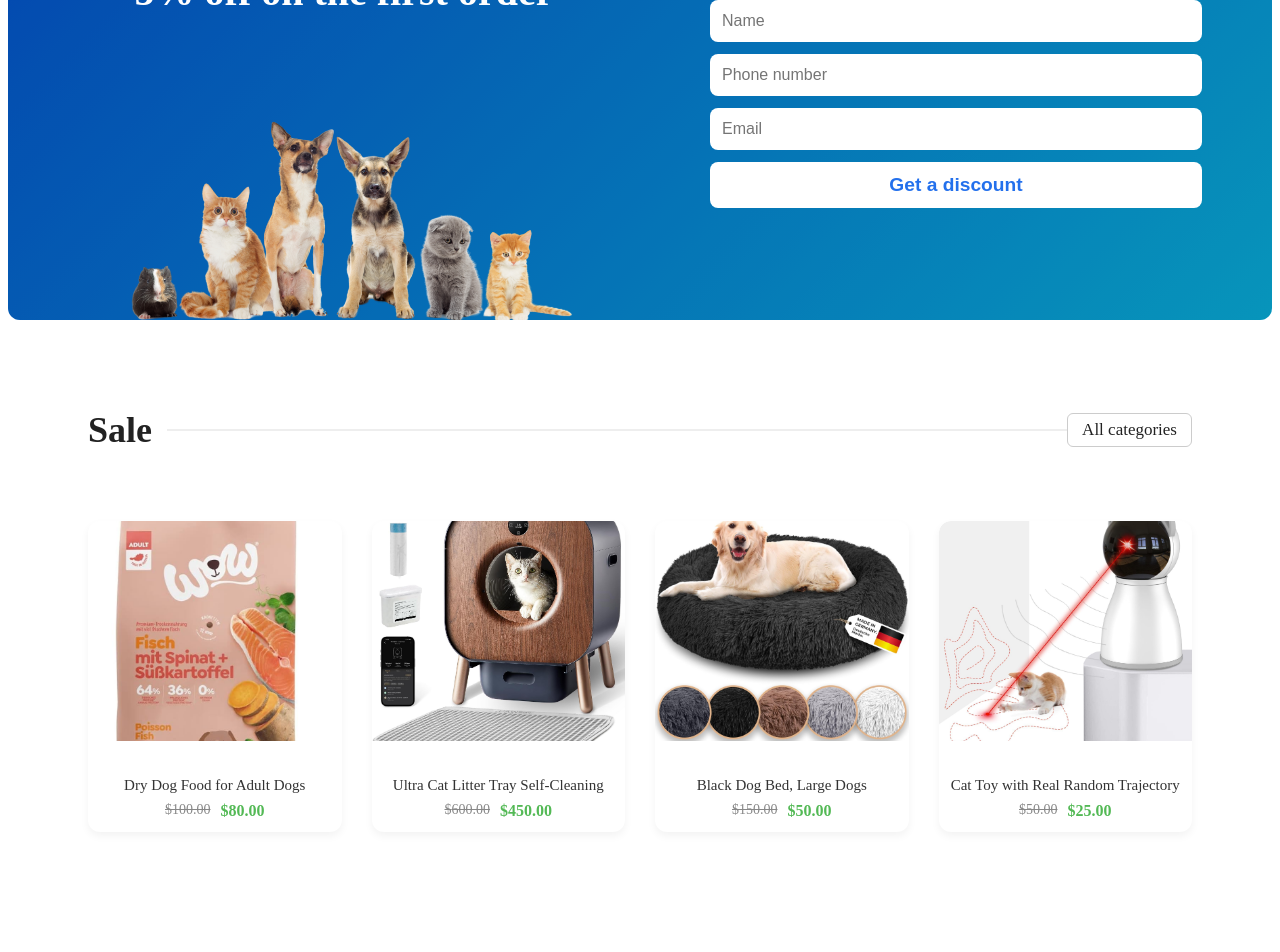
Repository: JuliiaJuliia/pet-shop-frontend
Page: / (app in pet-shop-frontend/)
These files come from the project's save history. The page is drawn as it stood at one moment and after a run of saves; the edit follows.
The browser window is 1280 px wide. The pictures show the part of the page from y = 1259 to 2211 px (the page is 2211 px tall).
The project was rebuilt for these pictures with package versions that can differ from the ones it lists, and the page was loaded fresh each time. Also part of the build but not shown: pet-shop-frontend/vite.config.js, pet-shop-frontend/src/pages/CheckoutPage.jsx, pet-shop-frontend/src/api/axios.js, pet-shop-frontend/src/components/ProductList.jsx.

Above is the page before, as saved 2025-11-06 20:40:10.

### pet-shop-frontend/index.html
<!doctype html>
<html lang="en">
  <head>
    <meta charset="UTF-8" />
    <link rel="icon" type="image/svg+xml" href="/vite.svg" />
    <meta name="viewport" content="width=device-width, initial-scale=1.0" />
    <title>pet-shop-frontend</title>
  </head>
  <body>
    <div id="root"></div>
    <script type="module" src="/src/main.jsx"></script>
  </body>
</html>

### pet-shop-frontend/src/main.jsx
import HomePage from "./pages/HomePage";
import CheckoutPage from "./pages/CheckoutPage";
import React from "react";
import ReactDOM from "react-dom/client";
import { BrowserRouter, Routes, Route } from "react-router-dom";
import Header from "./components/Header/Header.jsx";
import ProductList from "./components/ProductList";

function Categories() {
  return <h2 style={{ textAlign: "center" }}>Categories Page</h2>;
}

function Sales() {
  return <h2 style={{ textAlign: "center" }}>Sales Page</h2>;
}

function Cart() {
  return <h2 style={{ textAlign: "center" }}>Your Cart is empty</h2>;
}

ReactDOM.createRoot(document.getElementById("root")).render(
  <BrowserRouter>
    <Header />
    <Routes>
      <Route path="/" element={<HomePage />} />
      <Route path="/categories" element={<Categories />} />
      <Route path="/products" element={<ProductList />} />
      <Route path="/sales" element={<Sales />} />
      <Route path="/cart" element={<Cart />} />
    </Routes>
  </BrowserRouter>
);

### pet-shop-frontend/src/pages/HomePage.jsx
import React from "react";
import MainBanner from "../components/MainBanner";
import Categories from "../components/Categories";
import DiscountBanner from "../components/DiscountBanner";
import SaleSection from "../components/SaleSection/SaleSection";

const HomePage = () => {
  return (
    <div>
      <MainBanner />
      <Categories />
      <DiscountBanner />
      <SaleSection />
    </div>
  );
};

export default HomePage;

### pet-shop-frontend/src/components/Header/Header.jsx
import React from "react";
import { Link } from "react-router-dom";
import "./Header.css";

const Header = () => {
  return (
    <header className="header">
      <div className="header__logo">
        <Link to="/">PetShop 🐾</Link>
      </div>
      <nav className="header__nav">
        <Link to="/">Main Page</Link>
        <Link to="/categories">Categories</Link>
        <Link to="/products">All products</Link>
        <Link to="/sales">All sales</Link>
      </nav>
      <div className="header__cart">
        <Link to="/cart">
        <img src="/icon.svg" alt="Cart" className="header__cart-icon" />
        </Link>
</div>
    </header>
  );
};

export default Header;

### pet-shop-frontend/src/components/MainBanner.jsx
import React from "react";
import { Link } from "react-router-dom";
import "./MainBanner.css";

const MainBanner = () => {
  return (
    <section className="main-banner">
      <div className="main-banner__overlay">
        <div className="main-banner__content">
        <h1>Amazing Discounts <br /> on Pets Products!</h1>
        <Link to="/checkout" className="banner-btn">Check out</Link>
        </div>
      </div>
    </section>
  );
};

export default MainBanner;

### pet-shop-frontend/src/components/Categories.jsx
import React from "react";
import { Link } from "react-router-dom";
import "./Categories.css";

const categories = [
  { id: 1, name: "Dry & Wet Food", image: "/Dog.jpg" },
  { id: 2, name: "Litter Boxes & Litter Trays", image: "/Cat.jpg" },
  { id: 3, name: "Baskets & Beds", image: "/Dogs.jpg" },
  { id: 4, name: "Toys", image: "/Dog and Fish.jpg" },
];

const Categories = () => {
  return (
    <section className="categories">
      <div className="categories__header">
        <h2>Categories</h2>
        <div className="categories__line"></div>

        <Link to="/products" className="all-categories-btn">
          All categories
        </Link>
      </div>

      <div className="categories__grid">
        {categories.map((category) => (
          <div key={category.id} className="category-card">
            <img src={category.image} alt={category.name} />
            <div className="category-card__overlay">
              <p>{category.name}</p>
            </div>
          </div>
        ))}
      </div>
    </section>
  );
};

export default Categories;

### pet-shop-frontend/src/components/DiscountBanner.jsx
import { useState } from "react";
import "./DiscountBanner.css";

export default function DiscountBanner() {
  const [form, setForm] = useState({ name: "", phone: "", email: "" });
  const [sent, setSent] = useState(false);

  const handleChange = (e) => {
    setForm({ ...form, [e.target.name]: e.target.value });
    setError("");
  };

  const handleSubmit = (e) => {
    e.preventDefault();

    if (!form.name || !form.phone || !form.email) {
      setError("Fill in this field");
      return;
    }

    setSent(true);
  };
  return (
    <section className="discount-banner">
      <div className="discount-banner__overlay">
        <div className="discount-banner__container">

          {/* Ліва частина: заголовок + картинка */}
          <div className="discount-banner__left">
            <h2>5% off on the first order</h2>
            <img src="/Pets.jpg" alt="Pets" />
          </div>

          {/* Права частина: форма */}
          <div className="discount-banner__right">
            {!sent ? (
              <form onSubmit={handleSubmit}>
                <input
                  type="text"
                  name="name"
                  placeholder="Name"
                  value={form.name}
                  onChange={handleChange}
                  required
                />
                <input
                  type="tel"
                  name="phone"
                  placeholder="Phone number"
                  value={form.phone}
                  onChange={handleChange}
                  required
                />
                <input
                  type="email"
                  name="email"
                  placeholder="Email"
                  value={form.email}
                  onChange={handleChange}
                  required
                />
                <button type="submit">Get a discount</button>
              </form>
            ) : (
              <p className="discount-banner__success">
                ✅ Thank you! We'll contact you soon!
              </p>
            )}
          </div>

        </div>
      </div>
    </section>
  );
}

### pet-shop-frontend/src/components/SaleSection/SaleSection.jsx
import React from "react";
import "./SaleSection.css";
import { Link } from "react-router-dom";

const saleSection = [
  {
    id: 1,
    name: "Dry Dog Food for Adult Dogs",
    image: "/Dry Dog.jpg",
    oldPrice: 100,
    newPrice: 80,
    discount: "-50%",
  },
  {
    id: 2,
    name: "Ultra Cat Litter Tray Self-Cleaning",
    image: "/Cat Litter.jpg",
    oldPrice: 600,
    newPrice: 450,
    discount: "-34%",
  },
  {
    id: 3,
    name: "Black Dog Bed, Large Dogs",
    image: "/Dog Bed.jpg",
    oldPrice: 150,
    newPrice: 50,
    discount: "-25%",
  },
  {
    id: 4,
    name: "Cat Toy with Real Random Trajectory",
    image: "/Cat Toy.jpg",
    oldPrice: 50,
    newPrice: 25,
    discount: "-17%",
  },
];

const SaleSection = () => {
  return (
    <section className="sale-section">
      {/* 🔹 Верхній заголовок + кнопка справа */}
      <div className="sale-section__header">
        <h2>Sale</h2>
        <div className="sale-section__line"></div>
        <Link to="/categories" className="sale-section__all-btn">
          All categories
        </Link>
      </div>

      {/* 🔹 Сітка товарів */}
      <div className="sale-section__grid">
        {saleSection.map((item) => (
          <div key={item.id} className="sale-card">
            <div className="sale-card__image-container">
              <img src={item.image} alt={item.name} className="sale-card__image" />
              <span className="sale-card__discount">{item.discount}</span>
            </div>
            <div className="sale-card__details">
              <h4 className="sale-card__name">{item.name}</h4>
              <div className="sale-card__prices">
                <span className="sale-card__old">${item.oldPrice.toFixed(2)}</span>
                <span className="sale-card__new">${item.newPrice.toFixed(2)}</span>
              </div>
            </div>
          </div>
        ))}
      </div>
    </section>
  );
};

export default SaleSection;

### pet-shop-frontend/src/components/Header/Header.css
.header {
    display: flex;
    align-items: center;
    justify-content: space-between;
    padding: 20px 60px;
    background-color: #fff;
    box-shadow: 0 2px 5px rgba(0, 0, 0, 0.05);
    position: sticky;
    top: 0;
    z-index: 10;
  }

  .header__logo a {
    font-size: 40px;
    font-weight: 400;
    color: #3d3c3c;
    text-decoration: none;
    display: flex;
    align-items: center;
    gap: 10px;
  }

  .header__nav {
    display: flex;
    gap: 30px;
  }

  .header__nav a {
    font-size: 20px;
    text-decoration: none;
    color: #38383a;
    font-weight: 550;
    transition: 0.3s;
    cursor: url("data:[embedded picture, 129 characters]"), auto;
  }

  .header__nav a:hover {
    color: #24973bf3;
  }

  .cart-icon {
    font-size: 20px;
    text-decoration: none;
  }

  .header__cart-icon {
    width: 30px;
    height: 30px;
    object-fit: contain;
    transition: transform 0.3s ease;
    cursor: url("data:[embedded picture, 129 characters]"), auto;
  }

  .header__cart-icon:hover {
    transform: rotate(10deg) scale(1.15);
  }

### pet-shop-frontend/src/components/MainBanner.css
.main-banner {
  position: relative;
  width: 100%;
  height: 500px;
  background: url("/banner-dog.jpg") center/cover no-repeat;
  display: flex;
  align-items: center;
  justify-content: center;
  border-radius: 10px;
  overflow: hidden;
  margin-bottom: 60px;
}

/* Полупрозрачный шар поверх картинки */
.main-banner__overlay {
  background: rgba(0, 0, 0, 0.35);
  width: 100%;
  height: 100%;
  display: flex;
  align-items: center;
  justify-content: center;
}

/* Текст и кнопка */
.main-banner__content {
  text-align: left;
  color: #fff;
  max-width: 800px;
  padding: 0 40px;
  line-height: 1.1;
  white-space: normal;
  word-break: break-word;
}

.main-banner__content h1 {
  font-size: 54px;
  font-weight: 700;
  line-height: 1.2;
  margin-bottom: 40px;
}


.main-banner__button {
  background-color: #53b955df;
  color: rgb(255, 255, 255);
  border: none;
  border-radius: 6px;
  font-size: 18px;
  padding: 14px 30px;
  cursor: pointer;
  transition: all 0.3s ease;
  cursor: url("data:[embedded picture, 129 characters]"), auto;
}

.main-banner__button:hover {
  background-color: #24973b91;
  ;
  transform: scale(1.05);
}

.banner-btn {
  display: inline-block;
  background-color: #53b955df;
  color: white;
  border: none;
  border-radius: 6px;
  font-size: 18px;
  padding: 14px 30px;
  text-decoration: none;
  text-align: center;
  cursor: pointer;
  transition: all 0.3s ease;
}

.banner-btn:hover {
  background-color: #24973b91;
  transform: scale(1.05);
}

### pet-shop-frontend/src/components/Categories.css
.categories {
    padding: 0px 80px 60px;
    background-color: #fff;
  }

  .categories__title {
    font-size: 36px;
    font-weight: 600;
    margin-bottom: 30px;
    color: #222;
  }

  .categories__grid {
    display: grid;
    grid-template-columns: repeat(auto-fit, minmax(220px, 1fr));
    gap: 30px;
    justify-items: center;
  }

  .category-card {
    position: relative;
    width: 100%;
    max-width: 260px;
    border-radius: 12px;
    overflow: hidden;
    cursor: url("data:[embedded picture, 129 characters]"), auto;
    transition: transform 0.3s ease;
  }

  .category-card img {
    width: 100%;
    height: 260px;
    object-fit: cover;
    border-radius: 12px;
  }

  .category-card__overlay {
    position: absolute;
    display: flex;
    justify-content: center;
    align-items: center;
    text-align: center;
    bottom: 0;
    left: 0;
    right: 0;
    background: rgba(0, 0, 0, 0.5);
    color: #fff;
    font-size: 20px;
    font-weight: 500;
    padding-top: 10px;
    transition: background 0.3s ease;
  }

  .category-card:hover {
    transform: scale(1.05);
  }

  .category-card:hover .category-card__overlay {
    background: rgba(0, 0, 0, 0.7);
  }

  .categories__header {
    display: flex;
    align-items: center;
    justify-content: space-between;
    position: relative;
    margin-bottom: 30px;
  }

  .categories__header h2 {
    font-size: 35px;
    font-weight: 700;
    color: #222;
    letter-spacing: 1.5px;
    background-color: #fff;
    padding-right: 15px;
    z-index: 1;
  }

  .categories__line {
    position: absolute;
    left: 0;
    right: 0;
    height: 1px;
    background-color: #ddd;
    top: 50%;
    transform: translateY(-50%);
    z-index: 0;
  }

  .all-categories-btn {
    display: inline-flex;
    align-items: center;
    justify-content: center;
    background-color: #fff;
    border: 1px solid #ccc;
    border-radius: 6px;
    padding: 6px 14px;
    font-size: 17px;
    font-weight: 500;
    color: #333;
    text-decoration: none;
    outline: none;
    cursor: pointer;
    z-index: 1;
    transition: all 0.3s ease;
  }

  .all-categories-btn:hover {
    background-color: #53b955cd;
    color: #fff;
    border-color: #24973b91;
    transform: scale(1.05);
    cursor: url("/paw-cursor.png"), auto;
    cursor: url("data:[embedded picture, 129 characters]"), auto;
  }

### pet-shop-frontend/src/components/DiscountBanner.css
.discount-banner {
    width: 100%;
    background: linear-gradient(135deg, #045de9, #09c6f9);
    border-radius: 12px;
    overflow: hidden;
    margin: 40px 0;
  }

  .discount-banner__overlay {
    background: rgba(0,0,0,0.25);
    padding: 40px 20px;
  }

  .discount-banner__container {
    display: flex;
    flex-direction: column;
    align-items: center;
    text-align: center;
  }


  .discount-banner__left {
    flex: 1;
    text-align: center;
    display: flex;
    flex-direction: column;
    justify-content: space-between;
    align-items: center;
    height: 100%;
    padding: 20px;
  }

  .discount-banner__left h2 {
    font-size: 2.5rem;
    color: #fff;
    margin-top: 20px;
  }

  .discount-banner__left img {
    width: 100%;
    max-width: 500px;
    border-radius: 10px;
    margin-bottom: -70px;
  }

  .discount-banner__right form {
    flex: 1;
    padding: 0 50px;
    display: flex;
    flex-direction: column;
    gap: 12px;
  }

  .discount-banner__right input {
    padding: 12px;
    border-radius: 8px;
    border: none;
    outline: none;
    font-size: 1rem;
  }

  .discount-banner__right button {
    padding: 12px;
    border-radius: 8px;
    border: none;
    background: #fff;
    color: #045ce9df;
    font-weight: 600;
    transition: 0.3s;
    font-size: 1.2rem;
    cursor: url("data:[embedded picture, 129 characters]"), auto;
  }

  .discount-banner__right button:hover {
    background: #e0e0e0;
    transform: scale(1.05);
  }

  .discount-banner__success {
    color: #fff;
    font-weight: 600;
  }

  /* Адаптивность для больших екранов */
  @media (min-width: 768px) {
    .discount-banner__container {
      flex-direction: row;
      justify-content: space-between;
      text-align: left;
    }

    .discount-banner__left {
      flex: 1;
      margin-bottom: 0;
    }

    .discount-banner__right {
      flex: 1;
    }
  }

### pet-shop-frontend/src/components/SaleSection/SaleSection.css
.sale-section {
    background-color: #fff;
    margin: 60px 80px;
    padding-bottom: 60px;
  }

  /* 🔹 Заголовок + кнопка справа + лінія */
  .sale-section__header {
    display: flex;
    justify-content: space-between;
    align-items: center;
    position: relative;
    margin-bottom: 40px;
  }

  .sale-section__header h2 {
    font-size: 36px;
    font-weight: 700;
    color: #222;
    background-color: #fff;
    padding-right: 15px;
    z-index: 1;
  }

  .sale-section__line {
    position: absolute;
    left: 0;
    right: 0;
    height: 1px;
    background-color: #ddd;
    top: 50%;
    transform: translateY(-50%);
    z-index: 0;
  }

  /* 🔹 Кнопка “All categories” */
  .sale-section__all-btn {
    background-color: #fff;
    border: 1px solid #ccc;
    border-radius: 6px;
    padding: 6px 14px;
    font-size: 17px;
    font-weight: 500;
    text-decoration: none;
    color: #222;
    z-index: 1;
    transition: 0.3s;
  }

  .sale-section__all-btn:hover {
    background-color: #53b955cd;
    color: #fff;
    border-color: #24973b91;
    cursor: url("data:[embedded picture, 129 characters]"), auto;
  }

  /* 🔹 Сетка товаров */
  .sale-section__grid {
    display: grid;
    grid-template-columns: repeat(auto-fit, minmax(220px, 1fr));
    gap: 30px;
    justify-items: center;
  }

  /* 🔹 Карточки товаров */
  .sale-card {
    background-color: #fff;
    border-radius: 12px;
    overflow: hidden;
    width: 100%;
    max-width: 260px;
    box-shadow: 0 4px 8px rgba(0, 0, 0, 0.05);
    transition: transform 0.3s ease, box-shadow 0.3s ease;
    cursor: url("data:[embedded picture, 129 characters]"), auto;
  }

  .sale-card:hover {
    transform: scale(1.04);
    box-shadow: 0 8px 15px rgba(0, 0, 0, 0.1);
  }

  /* 🔹 Фото + бейдж скидки */
  .sale-card__image-container {
    position: relative;
  }

  .sale-card__image {
    width: 100%;
    height: 220px;
    object-fit: cover;
    border-radius: 12px 12px 0 0;
  }

  .sale-card__discount {
    position: absolute;
    top: 10px;
    r: 10px;
    background-color: #e53935;
    color: #fff;
    font-size: 14px;
    font-weight: 600;
    padding: 6px 10px;
    border-radius: 6px;
  }

  /* 🔹 Інформація під фото */
  .sale-card__details {
    padding: 12px;
    text-align: center;
  }

  .sale-card__name {
    font-size: 15px;
    font-weight: 500;
    margin-bottom: 8px;
    color: #333;
  }

  .sale-card__prices {
    display: flex;
    justify-content: center;
    gap: 10px;
  }

  .sale-card__old {
    text-decoration: line-through;
    color: #888;
    font-size: 14px;
  }

  .sale-card__new {
    color: #53b955;
    font-weight: 700;
    font-size: 16px;
  }

After the next 2 saves:
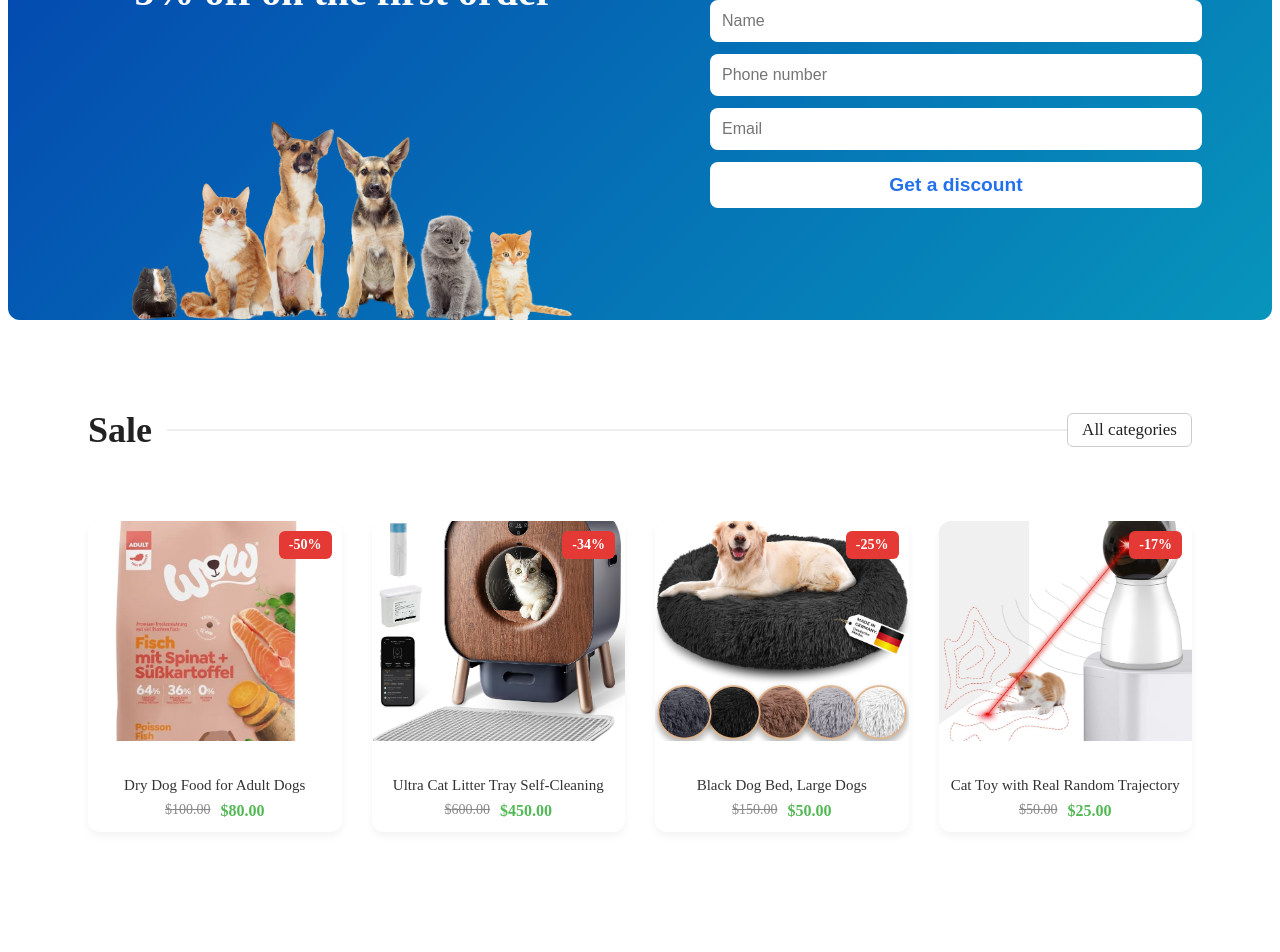
The 2 saves are shown as one change because they came seconds apart.
The last was saved 6 s later.
--- a/pet-shop-frontend/src/components/SaleSection/SaleSection.css
+++ b/pet-shop-frontend/src/components/SaleSection/SaleSection.css
@@ -94,7 +94,7 @@
   .sale-card__discount {
     position: absolute;
     top: 10px;
-    r: 10px;
+    right: 10px;
     background-color: #e53935;
     color: #fff;
     font-size: 14px;
